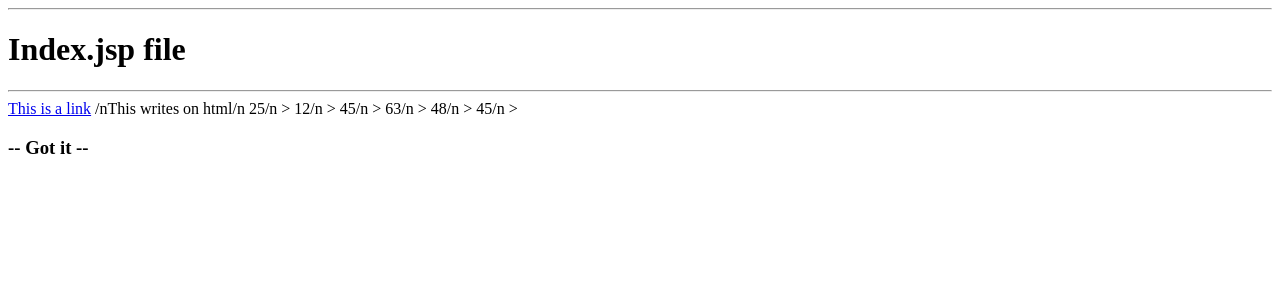
Repository: suraj-repositories/java-practice-2-advance-java-1
Page: http://localhost/Ad_09_JSPuse/
The author's editor kept a copy of each file at every save. The page is drawn from the files as they stood at one save, then again after the next save.
The browser window is 1280 px wide. The pictures show the whole page.
The page is served by Tomcat 9. Other server files are loaded and not shown.

Above is the page before, as saved 2023-07-21 12:57:54.

### Ad_09_JSPuse/src/main/webapp/index.jsp
<%@ page language="java" contentType="text/html; charset=ISO-8859-1"
    pageEncoding="ISO-8859-1"%>
<!DOCTYPE html>
<html>
<head>
<meta charset="ISO-8859-1">
<title>Insert title here</title>
</head>
<body>
<hr>
<h1>Index.jsp file</h1>
<hr>
<a href="link">This is a link</a>

<!-- DECLARATION -->
<%!


%>

<!-- SCTIPT LIT -->
<%	// you can write java & html both in jsp file

	System.out.println("hello world");
	int i=90;
	int j=89;
	System.out.println("sum = " +(i+j));

	out.write("/nThis writes on html/n");
%>

<%
	int arr[] = new int[]{25,12,45,63,48,45};

	for(int index : arr){%>
		<%= index + "/n"%> 		<!--  initialize -->>
	<%}


%>

<h3> -- Got it --</h3>
</body>
</html>

After the next save:
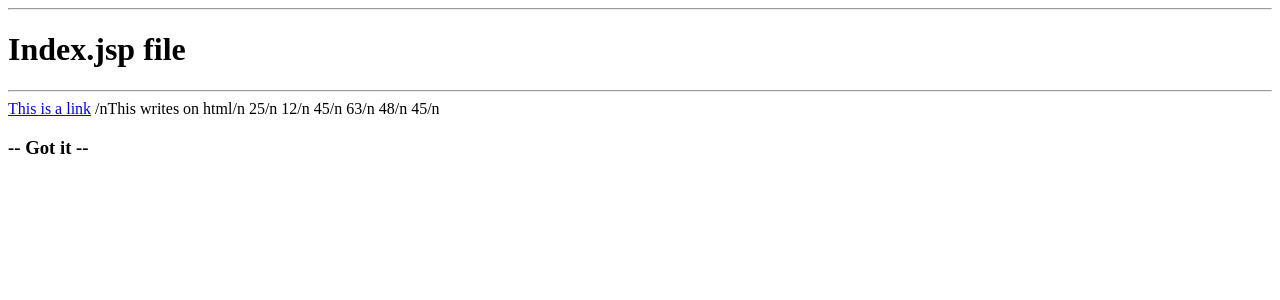
Saved 41 s later.
--- a/Ad_09_JSPuse/src/main/webapp/index.jsp
+++ b/Ad_09_JSPuse/src/main/webapp/index.jsp
@@ -33,7 +33,7 @@
 	int arr[] = new int[]{25,12,45,63,48,45};
 
 	for(int index : arr){%>
-		<%= index + "/n"%> 		<!--  initialize -->>
+		<%= index + "/n"%> 		<!--  initialize -->
 	<%}
 
 
